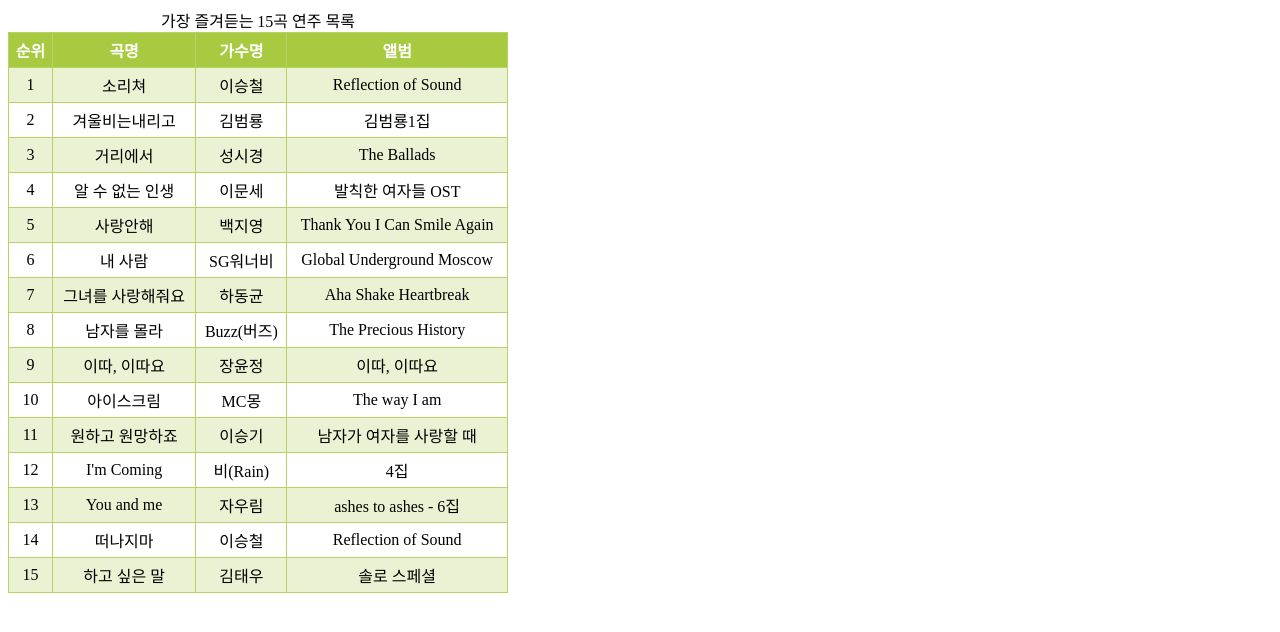
Repository: snowcuphea/webwork_class
Page: clientweb/WebContent/css/css_table_test.html
These files come from the project's save history. The page is drawn as it stood at one moment and after the next save; the edit follows.
The browser window is 1280 px wide. The pictures show the whole page.

Above is the page before, as saved 2020-01-03 04:39:41.

### clientweb/WebContent/css/css_table_test.html
<!DOCTYPE html>
<html>
<head>
<meta charset="EUC-KR" />
<title>Insert title here</title>
	<style type="text/css">
		table{
		border-collapse: collapse;
		text-align : center;
		width : 500px;

		}
		table,th,td{
		 border: 1px solid #b7d363;
		 padding :5px;
		}

		th{
		font-weight : bolder;
		color : white;
		background-color : #a8ca40;

		}

		td{

		}

		tr:hover{
			background-color: skyblue;
		}

		.odd{
		background-color : #ebf2d4

		}

	</style>
</head>
<body>
	<table border = "1">
		<caption>가장 즐겨듣는 15곡 연주 목록</caption>
		<thead>
			<tr>
				<th>순위</th>
				<th>곡명</th>
				<th>가수명</th>
				<th>앨범</th>
			</tr>
		</thead>
		<tbody>
			<tr class="odd">
				<td>1</td>
				<td>소리쳐</td>
				<td>이승철</td>
				<td>Reflection of Sound</td>
			</tr>
			<tr class="even">
				<td>2</td>
				<td>겨울비는내리고</td>
				<td>김범룡</td>
				<td>김범룡1집</td>
			</tr>

			<tr class="odd">
				<td>3</td>
				<td>거리에서</td>
				<td>성시경</td>
				<td>The Ballads</td>
			</tr>

			<tr class="even">
				<td>4</td>
				<td>알 수 없는 인생</td>
				<td>이문세</td>
				<td>발칙한 여자들 OST</td>
			</tr>

			<tr class="odd">
				<td>5</td>
				<td>사랑안해</td>
				<td>백지영</td>
				<td>Thank You I Can Smile Again</td>
			</tr>

			<tr class="even" >
				<td>6</td>
				<td>내 사람</td>
				<td>SG워너비</td>
				<td>Global Underground Moscow</td>
			</tr>

			<tr class="odd">
				<td>7</td>
				<td>그녀를 사랑해줘요</td>
				<td>하동균</td>
				<td>Aha Shake Heartbreak</td>
			</tr>

			<tr class="even">
				<td>8</td>
				<td>남자를 몰라</td>
				<td>Buzz(버즈)</td>
				<td>The Precious History</td>
			</tr>

			<tr class="odd">
				<td>9</td>
				<td>이따, 이따요</td>
				<td>장윤정</td>
				<td>이따, 이따요</td>
			</tr>

			<tr class="even">
				<td>10</td>
				<td>아이스크림</td>
				<td>MC몽</td>
				<td>The way I am</td>
			</tr>

			<tr class="odd">
				<td>11</td>
				<td>원하고 원망하죠</td>
				<td>이승기</td>
				<td>남자가 여자를 사랑할 때</td>
			</tr>

			<tr class="even">
				<td>12</td>
				<td>I'm Coming</td>
				<td>비(Rain)</td>
				<td>4집</td>
			</tr>

			<tr class="odd">
				<td>13</td>
				<td>You and me</td>
				<td>자우림</td>
				<td>ashes to ashes - 6집</td>
			</tr>

			<tr class="even">
				<td>14</td>
				<td>떠나지마</td>
				<td>이승철</td>
				<td>Reflection of Sound</td>
			</tr>

			<tr class="odd">
				<td>15</td>
				<td>하고 싶은 말</td>
				<td>김태우</td>
				<td>솔로 스페셜</td>
			</tr>
		</tbody>
	</table>

</body>
</html>

After the next save:
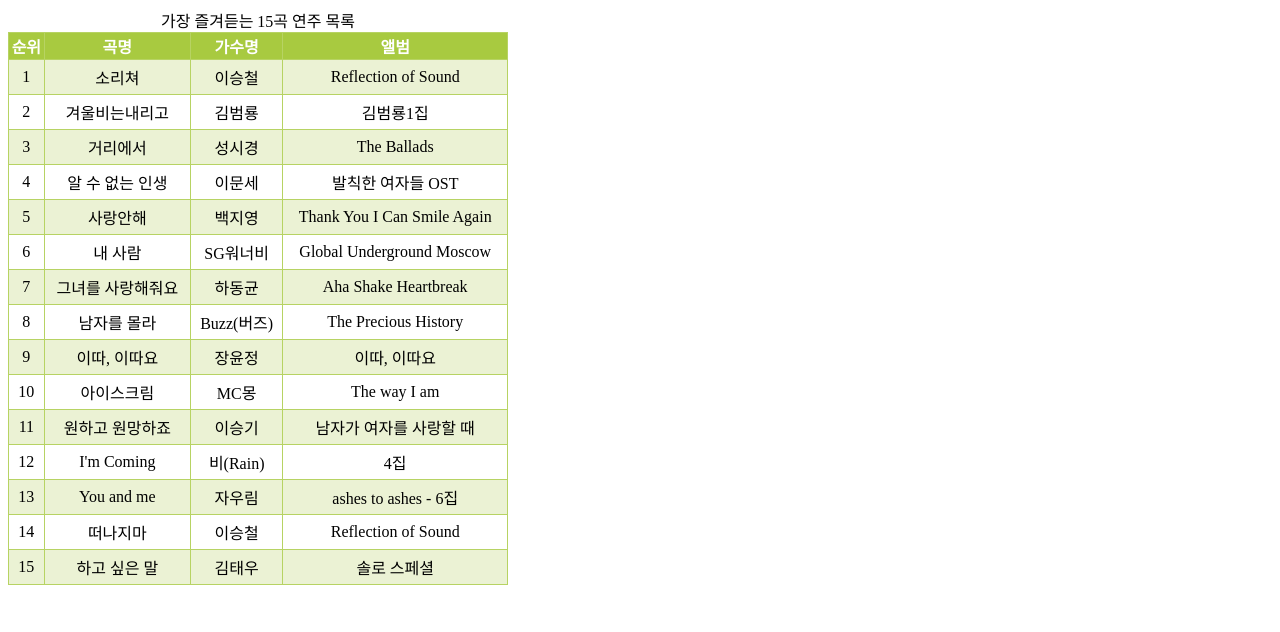
Saved 21 s later.
--- a/clientweb/WebContent/css/css_table_test.html
+++ b/clientweb/WebContent/css/css_table_test.html
@@ -12,7 +12,6 @@
 		}
 		table,th,td{
 		 border: 1px solid #b7d363;
-		 padding :5px;
 		}
 
 		th{
@@ -23,7 +22,7 @@
 		}
 
 		td{
-
+		padding :5px;
 		}
 
 		tr:hover{

After the save that followed:
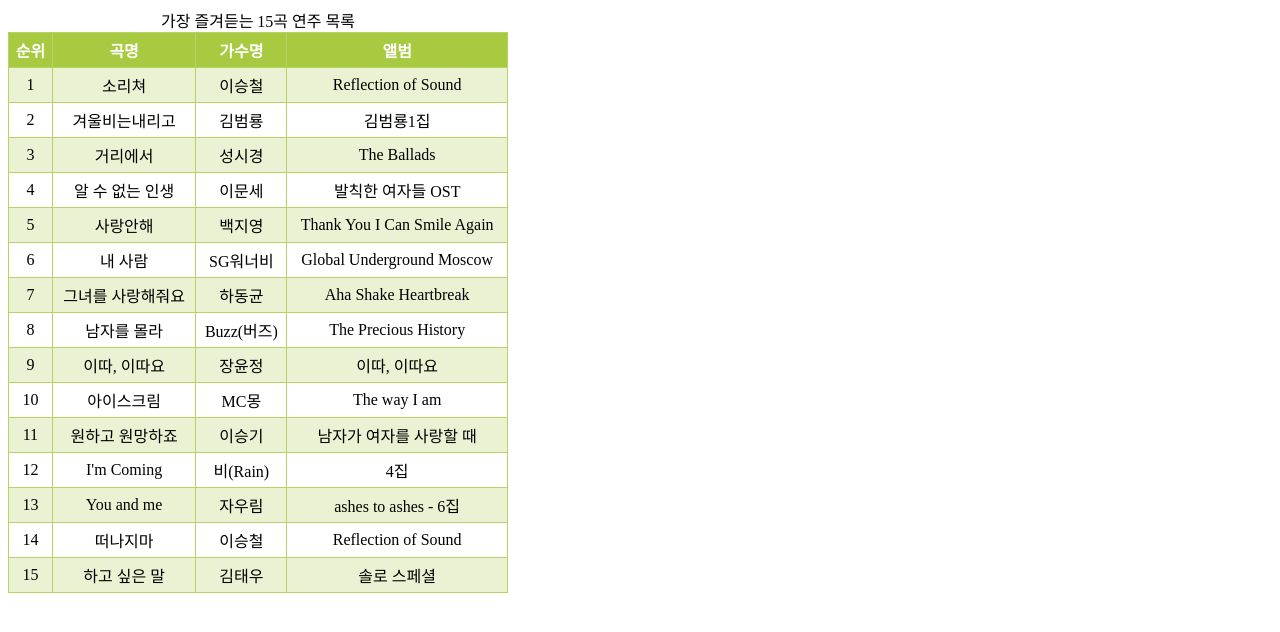
Saved 6 s later.
--- a/clientweb/WebContent/css/css_table_test.html
+++ b/clientweb/WebContent/css/css_table_test.html
@@ -18,6 +18,7 @@
 		font-weight : bolder;
 		color : white;
 		background-color : #a8ca40;
+		padding :5px;
 
 		}
 
